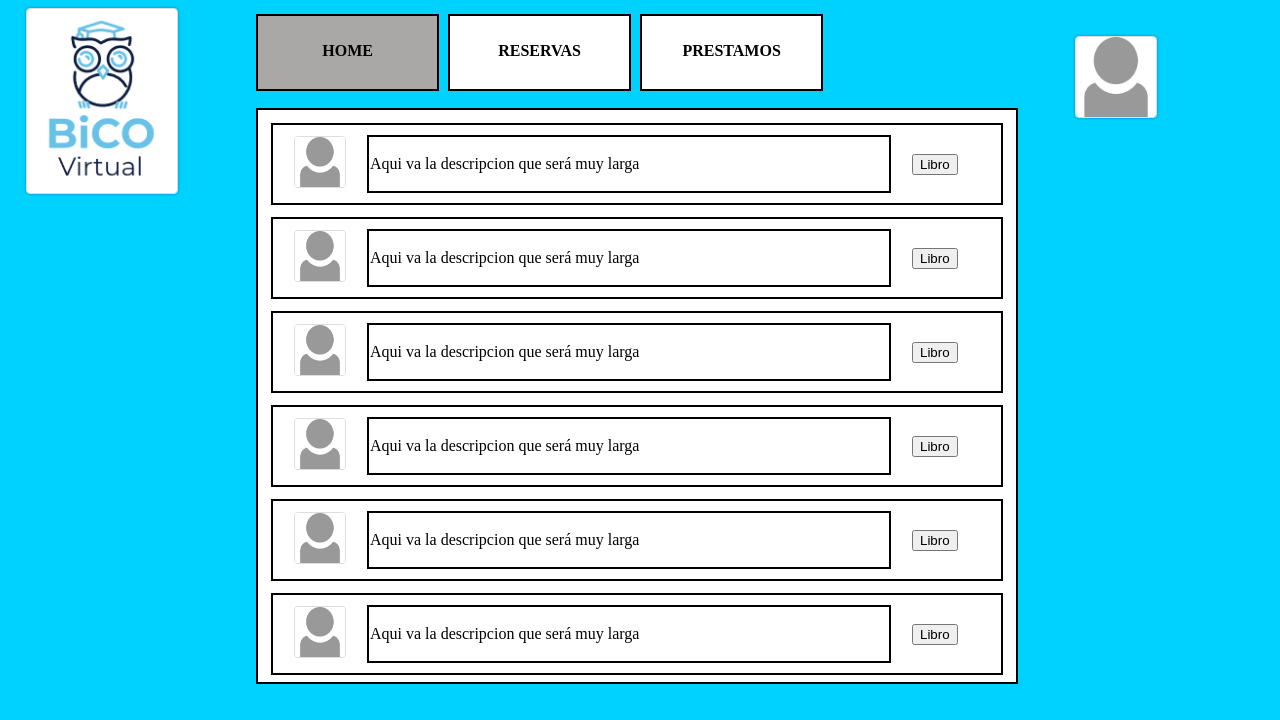
Repository: i72frpeu/IW_Bien
Page: http://localhost/Trabajo_IW/Home (Admin).jsp
These files come from the project's save history. The page is drawn as it stood at one moment and after the next save; the edit follows.
The browser window is 1280 px wide. The pictures show the whole page.
An inner scrolling area shows only its first screen. The page is served by Tomcat 9. Other server files are loaded and not shown.

Above is the page before, as saved 2020-05-16 17:37:17.

### WorkSpace/Trabajo IW/WebContent/Home (Admin).jsp
<%@ page language="java" contentType="text/html; charset=ISO-8859-1" pageEncoding="ISO-8859-1"%>
<%@ include file="Includes/headerhome.jsp" %>

<!DOCTYPE html>

<html>

<head>
	<meta charset="ISO-8859-1">
	<title>Home (Libros)</title>
	<link rel="stylesheet" type="text/css" href="CSS/header.css">
	<link rel="stylesheet" type="text/css" href="CSS/wf4.0.css">
</head>

<body>
  <!--Roll de artículos-->

  <div class="buscador">
  	<form>
  		<table>
  		<tr>
  		<td><input type="text" name="buscar" required></td>
  		<td><input type="submit" value="Buscar"></td>
  		</tr>
  		</table>
  	</form>
  </div>

  <div class="div_home">
    <table class="dos">
    <% for (int i = 0; i < 8; i++){ %>
        <tr>
          <td>
              <table class="uno">
                  <tr>
                    <td class="td_user_img"><a href=""><img src="img/profile-42914_960_720.png" alt="IMG_USER" class="img_user_2"></a></td>
                    <td class="td_user_des">Aqui va la descripcion que será muy larga</td>
                    <td> <a href="mvc/control/eventControl.jsp"><button name="foro" class="boton_user">Libro</button></a><td>
                  </tr>
                </table>
          </td>
        </tr>
        <%} %>
    </table>
  </div>

</body>

</html>

### WorkSpace/Trabajo IW/WebContent/Includes/headerhome.jsp
<!DOCTYPE html>
<html>

<head>
	<meta charset="ISO-8859-1">
</head>

<body>
  <header class="main-header">
    <!--Definimos el logo-->
    <img src="img/logo.PNG" alt="LOGO" class="logo_home">
    <!--Enlace a HOME-->
	<a href="" class="link_home"><strong>HOME</strong></a>
    <!--Enlace a AMIGOS-->
    <a href="" class="link_amigos"><strong>RESERVAS</strong></a>
    <!--Enlace a BUSCADOR-->
    <a href="mvc/control/lookforControl.jsp" class="link_buscador"><strong>PRESTAMOS</strong></a>
    <!--Definimos imagen usuario-->
    <div>
      <img src="img/profile-42914_960_720.png" alt="IMG_USER" class="img_user">
      <div class="options_user">
        <form>
        </form>
      </div>
    </div>
  </header>

 </body>
 </html>

### WorkSpace/Trabajo IW/WebContent/CSS/header.css
body
{
	background-color: rgb(0,210,255);
}


/*153x100 pixeles*/
.logo_home
{
	position: fixed;
	left: 2%;
	width: 150px;
	margin-right: 5%;
	border: 1px solid #ddd;
  	border-radius: 4px;
  	box-shadow: 0 0 2px 1px rgba(0, 140, 186, 0.5);
}

.img_user
{
	position: fixed;
	left: 82%;
	top: 5%;
	width: 80px;
	height: 80px;
	margin-left: 2%;
	border: 1px solid #ddd;
  	border-radius: 4px;
  	box-shadow: 0 0 2px 1px rgba(0, 140, 186, 0.5);
}
.options_user
{
	position: fixed;
	top: 18%;
	left: 84%;
}


.link_home
{
	background-color: white;
	border: 2px solid black;
	color: black;
	text-decoration: none;
	padding: 2%;
	left: 20%;
	top:2%;
	width: 10%;
	height: 3%;
	text-align: center;
	position: fixed;
}

.link_amigos
{
	background-color: white;
	border: 2px solid black;
	color: black;
	text-decoration: none;
	padding: 2%;
	left: 35%;
	top:2%;
	width: 10%;
	height: 3%;
	text-align: center;
	position: fixed;
}

.link_buscador
{
	background-color: white;
	border: 2px solid black;
	color: black;
	text-decoration: none;
	padding: 2%;
	left: 50%;
	top:2%;
	width: 10%;
	height: 3%;
	text-align: center;
	position: fixed;
}

.link_foro
{
	background-color: white;
	border: 2px solid black;
	color: black;
	text-decoration: none;
	padding: 2%;
	left: 65%;
	top:2%;
	width: 10%;
	height: 3%;
	text-align: center;
	position: fixed;
}

div.div_lista_amigos
{
	background-color: white;
	border: 2px solid black;
	position: fixed;
	left: 2%;
	top: 40%;
	width: 10%;
	height: 45%;
	padding: 2%;
	overflow: auto;
}

.boton_cir
{
	border-radius: 200px 200px 200px 200px;
	-moz-border-radius: 200px 200px 200px 200px;
	-webkit-border-radius: 200px 200px 200px 200px;
	left: 85%;
	top: 75%;
	width: 100px;
	height: 100px;
	font-size: 80px;
	position: fixed;
	border: 0;
	color: white;
	background-color: rgb(0, 46, 255);
	box-shadow: 0 4px 8px 0 rgba(0, 0, 0, 0.2), 0 6px 20px 0 rgba(0, 0, 0, 0.19);
 }

a.sobre
{
	position: fixed;
	left: 30%;
	top: 96%;
}

a.tecnico
{
	position: fixed;
	left: 60%;
	top: 96%;
}

.div_home
{
	background-color: white;
	border: 2px solid black;
	position: fixed;
	left: 20%;
	right: 20.5%;
	top:15%;
	bottom: 5%;
	color: black;
	overflow: auto;
}

.img_user_2
{
	top: 5px;
	left: 5px;
	height: 50px;
	width: 50px;
	border: 1px solid #ddd;
  	border-radius: 4px;
}
table.uno
{
	border: 2px solid black;
	border-spacing: 20px 10px;

	width: 100%;

}

table.dos
{
	border: 2px solid white;
	border-spacing: 10px;
	width: 100%;

}
.td_user_des
{
	border: 2px solid black;
	width: 100%;
}

.buscador
{
	position: relative;
	top: 2%;
	left: 15%;

}
.q_buscador
{
	width: 60%;
}

### WorkSpace/Trabajo IW/WebContent/CSS/wf4.0.css
.link_home
{
	background-color: rgb(170, 167, 167);
}

div.buscador
{
	background-color: white;
	border: 2px solid black;
	position: fixed;
	top: 15%;
	left: 30%;
}

After the next save:
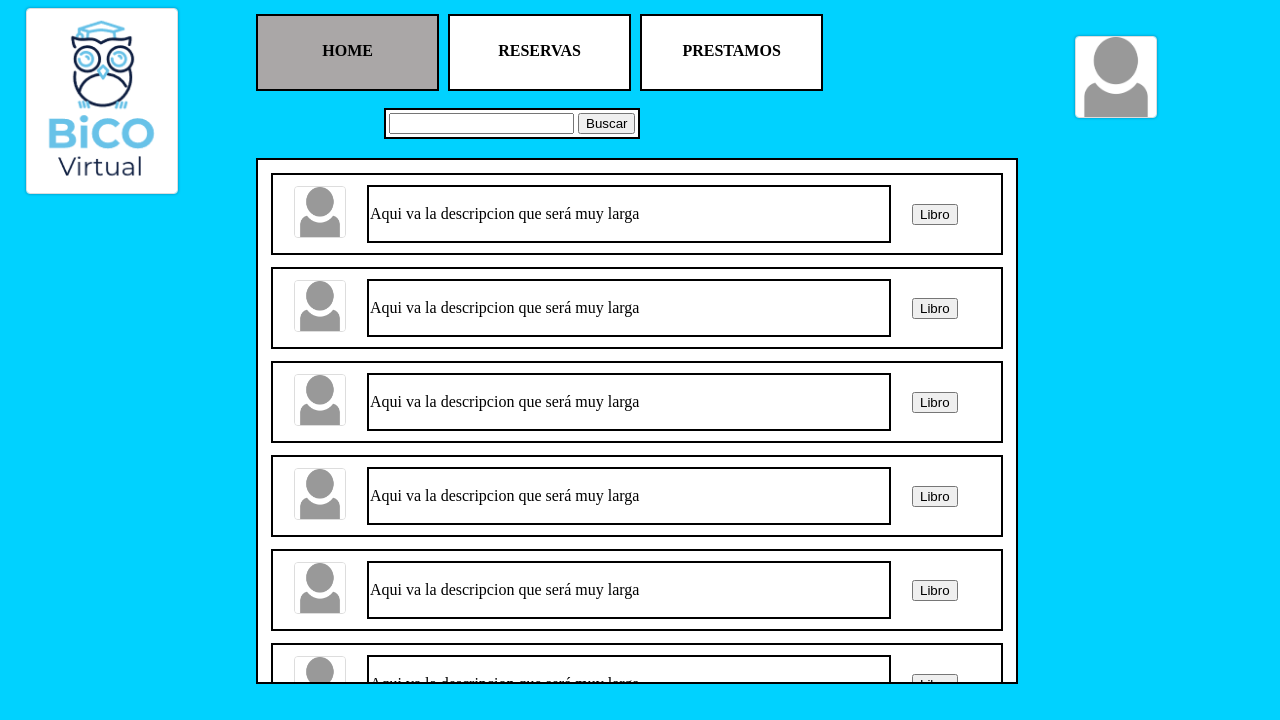
Saved 34 s later.
--- a/WorkSpace/Trabajo IW/WebContent/CSS/header.css
+++ b/WorkSpace/Trabajo IW/WebContent/CSS/header.css
@@ -147,7 +147,7 @@ a.tecnico
 	position: fixed;
 	left: 20%;
 	right: 20.5%;
-	top:15%;
+	top:22%;
 	bottom: 5%;
 	color: black;
 	overflow: auto;
